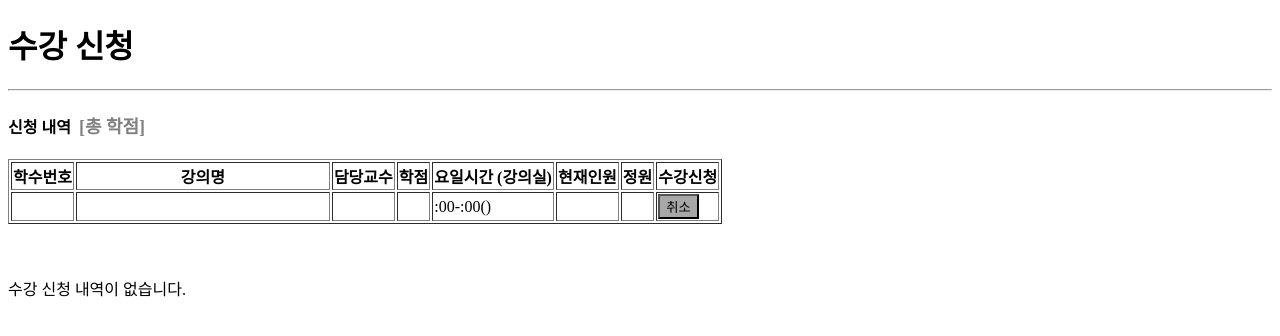
Repository: ALSSPR3/web_jsp
Page: http://localhost/goup4_july_team_project/WEB-INF/views/sugang/list.jsp
These files come from the project's save history. The page is drawn as it stood at one moment and after the next save; the edit follows.
The browser window is 1280 px wide. The pictures show the whole page.
The page is served by Tomcat 10. Nobody is signed in. The template is opened directly, without the code that normally fills it, so the values that code supplies are empty.

Above is the page before, as saved 2024-07-25 08:44:34.

After the next save:
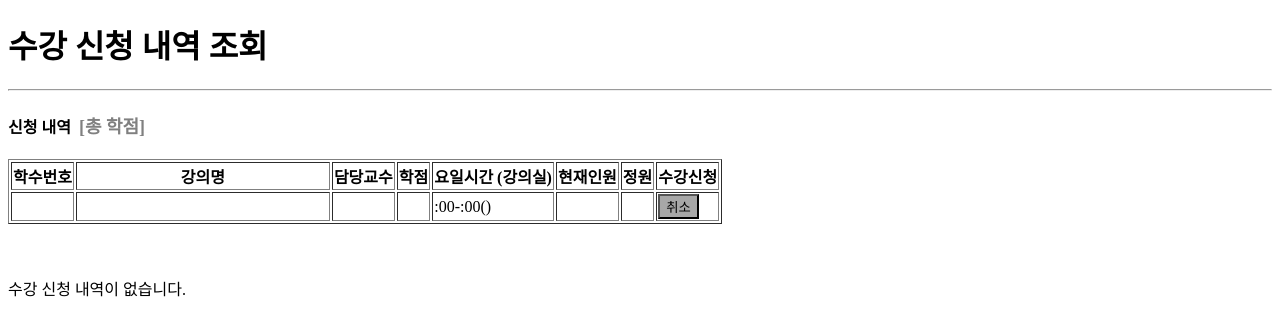
Saved 86 s later.
--- a/goup4_july_team_project/src/main/webapp/WEB-INF/views/sugang/list.jsp
+++ b/goup4_july_team_project/src/main/webapp/WEB-INF/views/sugang/list.jsp
@@ -6,7 +6,7 @@
 <title>Insert title here</title>
 </head>
 <body>
-	<h1>수강 신청</h1>
+	<h1>수강 신청 내역 조회</h1>
 	<hr>
 	<div class="d-flex justify-content-between align-items-start" style="width: 100%">
 		<c:choose>
